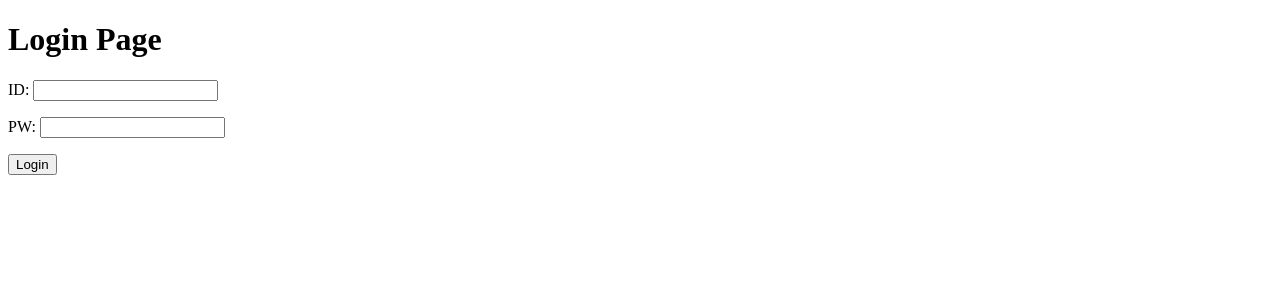
Repository: sinayaka-body/sparta
Page: frontend/login.html
An editor plug-in stored every save of this project. The page is shown before and after the next save, followed by the edit.
The browser window is 1280 px wide. The pictures show the whole page.

Above is the page before, as saved 2023-04-15 14:31:59.

### frontend/login.html
<!DOCTYPE html>
<html lang="en">
  <head>
    <meta charset="UTF-8" />
    <title>Login to SCC</title>
  </head>
  <body>
    <h1>Login Page</h1>
    <p>ID: <input type="text" /></p>
    <p>PW: <input type="password" /></p>
    <button>Login</button>
  </body>
</html>

After the next save:
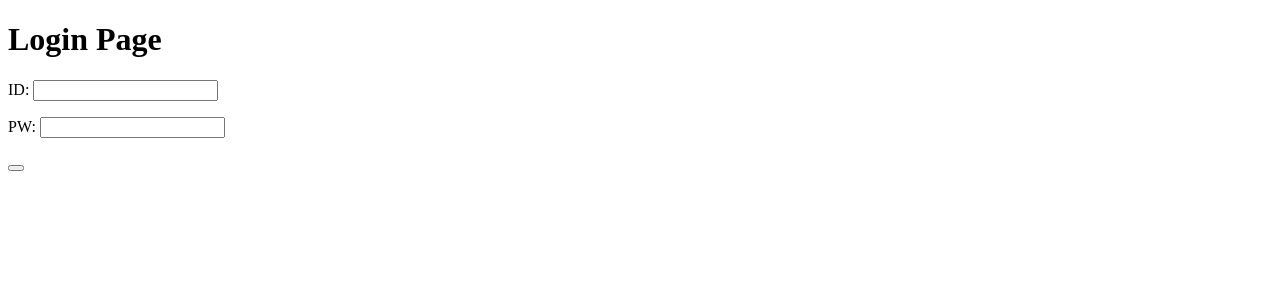
Saved 5 min 41 s later.
--- a/frontend/login.html
+++ b/frontend/login.html
@@ -8,6 +8,6 @@
     <h1>Login Page</h1>
     <p>ID: <input type="text" /></p>
     <p>PW: <input type="password" /></p>
-    <button>Login</button>
+    <button></button>
   </body>
 </html>

After the save that followed:
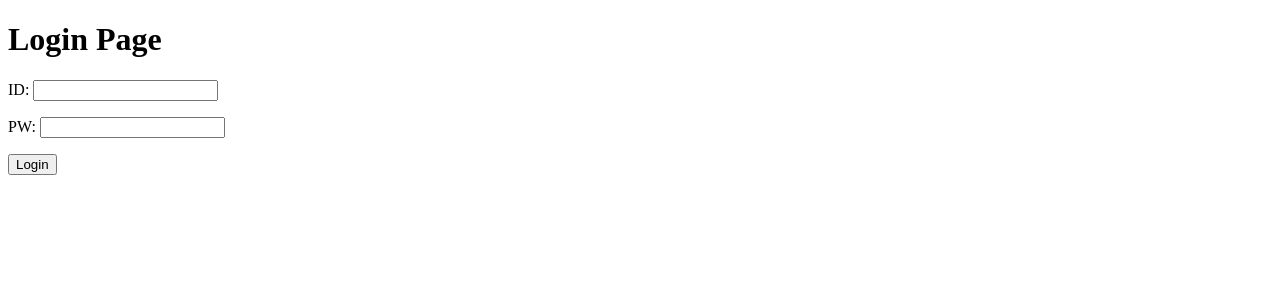
Saved 24 s later.
--- a/frontend/login.html
+++ b/frontend/login.html
@@ -8,6 +8,6 @@
     <h1>Login Page</h1>
     <p>ID: <input type="text" /></p>
     <p>PW: <input type="password" /></p>
-    <button></button>
+    <button>Login</button>
   </body>
 </html>
